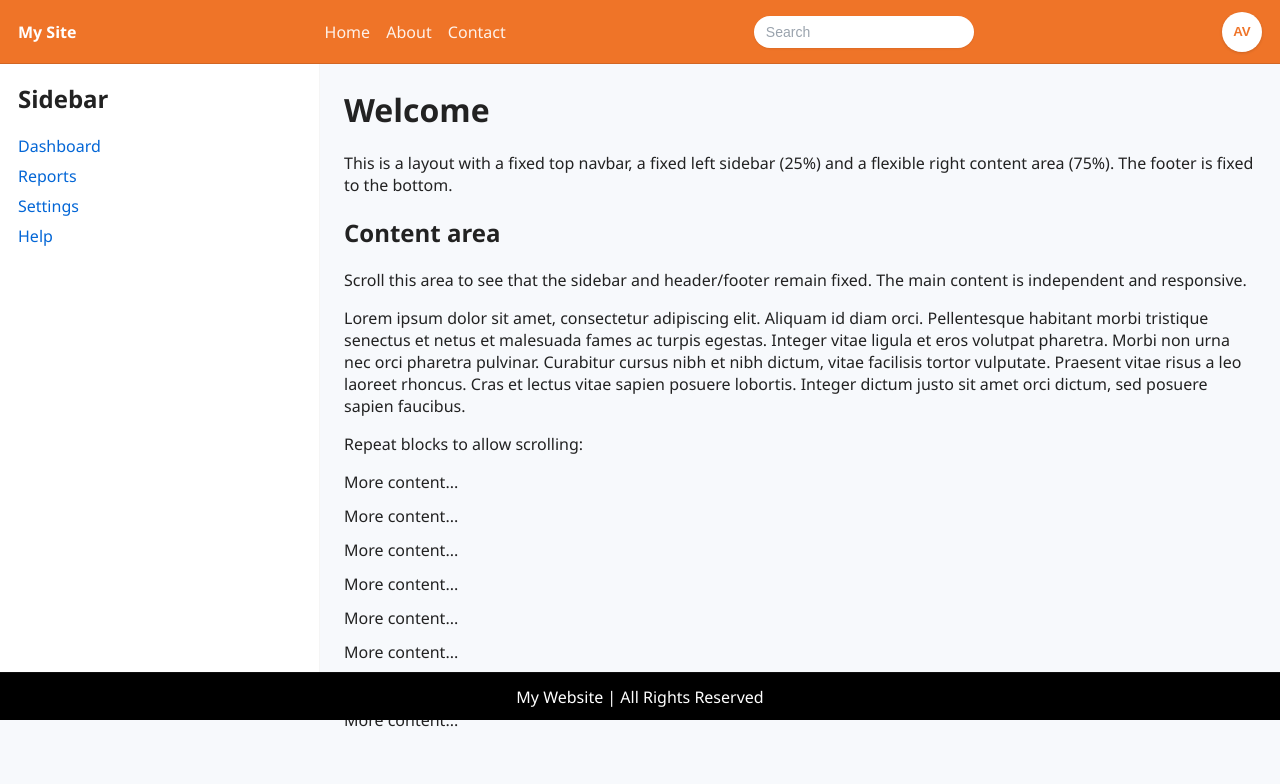
Repository: AdityaTech-Pro/FullStackWithBridgelabz
Page: Assignment8/WebPageWithFixedNavbarAndFooter/index.html
These files come from the project's save history. The page is drawn as it stood at one moment and after the next save; the edit follows.
The browser window is 1280 px wide. The pictures show the whole page.

Above is the page before, as saved 2025-11-05 09:31:56.

### Assignment8/WebPageWithFixedNavbarAndFooter/index.html
<!doctype html>
<html lang="en">

<head>
    <meta charset="utf-8" />
    <meta name="viewport" content="width=device-width, initial-scale=1" />
    <title>Fixed Navbar, Sidebar & Footer Layout</title>
    <link rel="stylesheet" href="styles.css">
</head>

<body>
    <header class="site-header">
        <div class="brand">My Site</div>
        <nav class="top-nav">
            <a href="#">Home</a>
            <a href="#">About</a>
            <a href="#">Contact</a>
        </nav>

        <!-- Search form placed between nav and profile -->
        <form class="nav-search" role="search" action="#" method="get">
            <label for="nav-search-input" class="sr-only">Search</label>
            <input id="nav-search-input" type="search" name="q" placeholder="Search" aria-label="Search" />
        </form>

        <!-- Profile circle (initials shown if no image) -->
        <button class="profile" title="User menu" aria-label="User menu">AV</button>
    </header>

    <aside class="sidebar-left" aria-label="Primary sidebar">
        <div class="sidebar-inner">
            <h2>Sidebar</h2>
            <ul>
                <li><a href="#">Dashboard</a></li>
                <li><a href="#">Reports</a></li>
                <li><a href="#">Settings</a></li>
                <li><a href="#">Help</a></li>
            </ul>
        </div>
    </aside>

    <main class="main-content">
        <div class="content-inner">
            <h1>Welcome</h1>
            <p>This is a layout with a fixed top navbar, a fixed left sidebar (25%) and a flexible right content area (75%). The footer is fixed to the bottom.</p>

            <section>
                <h2>Content area</h2>
                <p>Scroll this area to see that the sidebar and header/footer remain fixed. The main content is independent and responsive.</p>
                <p>Lorem ipsum dolor sit amet, consectetur adipiscing elit. Aliquam id diam orci. Pellentesque habitant morbi tristique senectus et netus et malesuada fames ac turpis egestas. Integer vitae ligula et eros volutpat pharetra. Morbi non urna
                    nec orci pharetra pulvinar. Curabitur cursus nibh et nibh dictum, vitae facilisis tortor vulputate. Praesent vitae risus a leo laoreet rhoncus. Cras et lectus vitae sapien posuere lobortis. Integer dictum justo sit amet orci dictum,
                    sed posuere sapien faucibus.</p>
                <p>Repeat blocks to allow scrolling:</p>
                <div class="filler">
                    <p>More content...</p>
                    <p>More content...</p>
                    <p>More content...</p>
                    <p>More content...</p>
                    <p>More content...</p>
                    <p>More content...</p>
                    <p>More content...</p>
                    <p>More content...</p>
                </div>
            </section>
        </div>
    </main>

    <footer class="site-footer">
        <div>My Website | All Rights Reserved</div>
    </footer>
</body>

</html>

### Assignment8/WebPageWithFixedNavbarAndFooter/styles.css
:root{
  --header-height: 64px;
  --footer-height: 48px;
  --sidebar-width: 25%; /* left sidebar width */
  --gap: 16px;
  --bg: #f7f9fc;
  --accent: #0366d6;
  --header-bg: #ef7428ff; /* coffee brown */
  --header-text: #ffffff;
  --footer-bg: #000000;
  --footer-text: #ffffff;
}

*{box-sizing:border-box}
html,body{height:100%;margin:0;font-family:Segoe UI, Roboto, Arial, sans-serif;background:var(--bg);color:#222}

/* Header */
.site-header{
  position:fixed;
  top:0;left:0;right:0;
  height:var(--header-height);
  background:var(--header-bg);
  color:var(--header-text);
  border-bottom:1px solid rgba(0,0,0,0.12);
  display:flex;align-items:center;justify-content:space-between;
  gap:12px;padding:0 18px;z-index:1000;
}
.site-header .brand{font-weight:700;color:var(--header-text)}
.top-nav a{margin-left:12px;color:rgba(255,255,255,0.9);text-decoration:none}

/* Profile avatar in header */
.profile{
  margin-left:12px;
  width:40px;height:40px;border-radius:50%;
  display:inline-flex;align-items:center;justify-content:center;
  background:#fff;color:var(--header-bg);border:0;cursor:pointer;font-weight:600;
  box-shadow:0 1px 3px rgba(0,0,0,0.15);
}
.profile:focus{outline:3px solid rgba(255,255,255,0.25);outline-offset:3px}

/* Navbar search */
.nav-search{display:inline-flex;align-items:center;margin-left:12px}
.nav-search input[type="search"]{
  width:220px;max-width:40vw;padding:8px 12px;border-radius:20px;border:0;font-size:14px;
  background:#fff;color:#222;box-shadow:0 1px 2px rgba(0,0,0,0.08);
}
.nav-search input::placeholder{color:#9aa3ad}
.nav-search input:focus{outline:3px solid rgba(255,255,255,0.15);outline-offset:2px}

/* Screen-reader only helper */
.sr-only{position:absolute!important;width:1px;height:1px;padding:0;margin:-1px;overflow:hidden;clip:rect(0,0,0,0);white-space:nowrap;border:0}

/* Footer */
.site-footer{
  position:fixed;left:0;right:0;bottom:0;
  height:var(--footer-height);
  background:var(--footer-bg);border-top:1px solid rgba(255,255,255,0.06);
  color:var(--footer-text);display:flex;align-items:center;justify-content:center;padding:0 18px;z-index:1000;
}

/* Left sidebar (fixed between header & footer) */
.sidebar-left{
  position:fixed;left:0;top:var(--header-height);bottom:var(--footer-height);
  width:var(--sidebar-width);
  background:#ffffff;padding:18px;border-right:1px solid rgba(0,0,0,0.04);overflow:auto;z-index:900;
}
.sidebar-left h2{margin-top:0}
.sidebar-left ul{list-style:none;padding:0;margin:0}
.sidebar-left li{margin:8px 0}
.sidebar-left a{text-decoration:none;color:#0366d6}

/* Main content (to the right, flexible) */
.main-content{
  margin-left:var(--sidebar-width);
  margin-top:var(--header-height);
  margin-bottom:var(--footer-height);
  padding:24px;min-height:calc(100vh - var(--header-height) - var(--footer-height));
  /* make main scroll if content overflows */
  overflow:auto;
}
.content-inner{max-width:1100px;margin:0 auto;background:transparent}

.filler p{margin:12px 0}

/* Small visual helpers */
h1{margin-top:0}

/* Responsive: collapse sidebar for narrow viewports */
@media (max-width:900px){
  :root{--sidebar-width:280px}
}
@media (max-width:700px){
  /* Move sidebar to top as a collapsible block */
  .sidebar-left{position:relative;top:0;left:0;width:100%;height:auto;border-right:0;border-bottom:1px solid rgba(0,0,0,0.06);}
  .main-content{margin-left:0}
  .site-header{padding:0 12px}
  .nav-search input[type="search"]{width:140px}
}

/* Small touches for keyboard focus */
a:focus{outline:2px dashed rgba(3,102,214,0.4);outline-offset:2px}

After the next save:
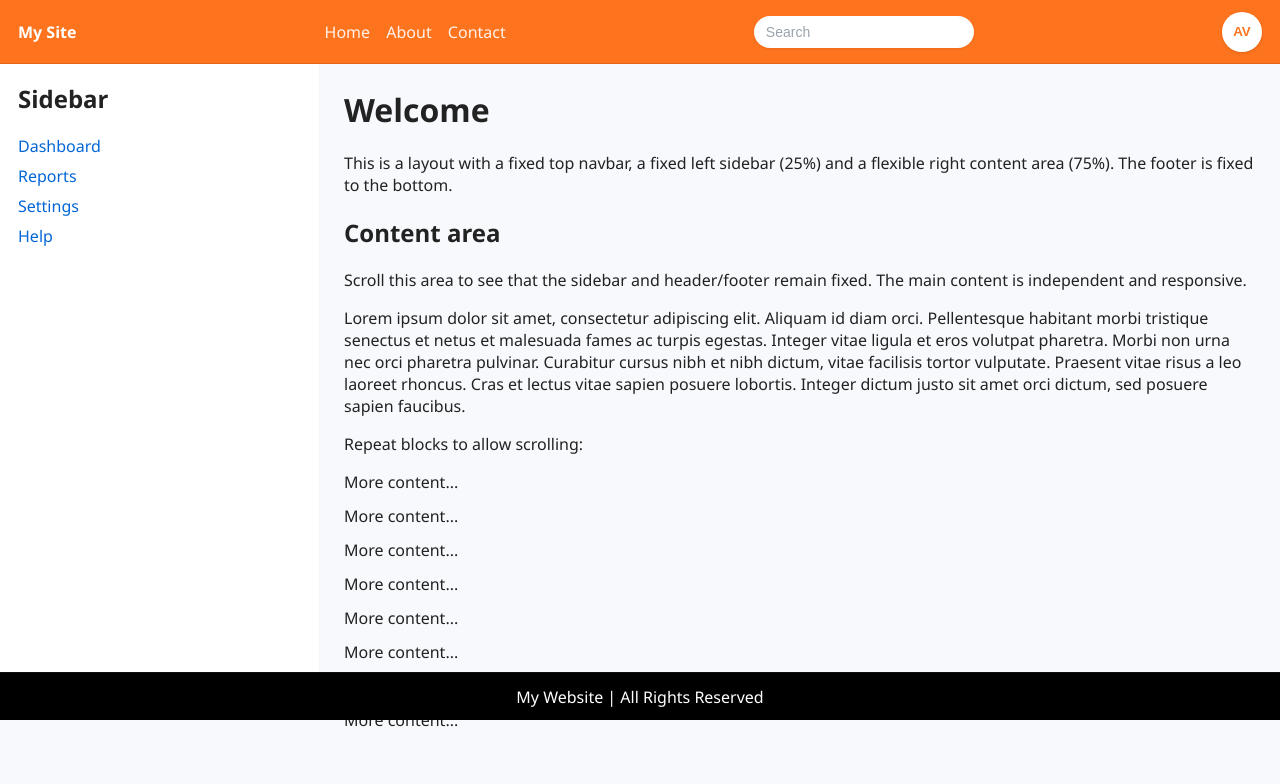
Saved 8 s later.
--- a/Assignment8/WebPageWithFixedNavbarAndFooter/styles.css
+++ b/Assignment8/WebPageWithFixedNavbarAndFooter/styles.css
@@ -5,7 +5,7 @@
   --gap: 16px;
   --bg: #f7f9fc;
   --accent: #0366d6;
-  --header-bg: #ef7428ff; /* coffee brown */
+  --header-bg: #fe741eff; /* coffee brown */
   --header-text: #ffffff;
   --footer-bg: #000000;
   --footer-text: #ffffff;
